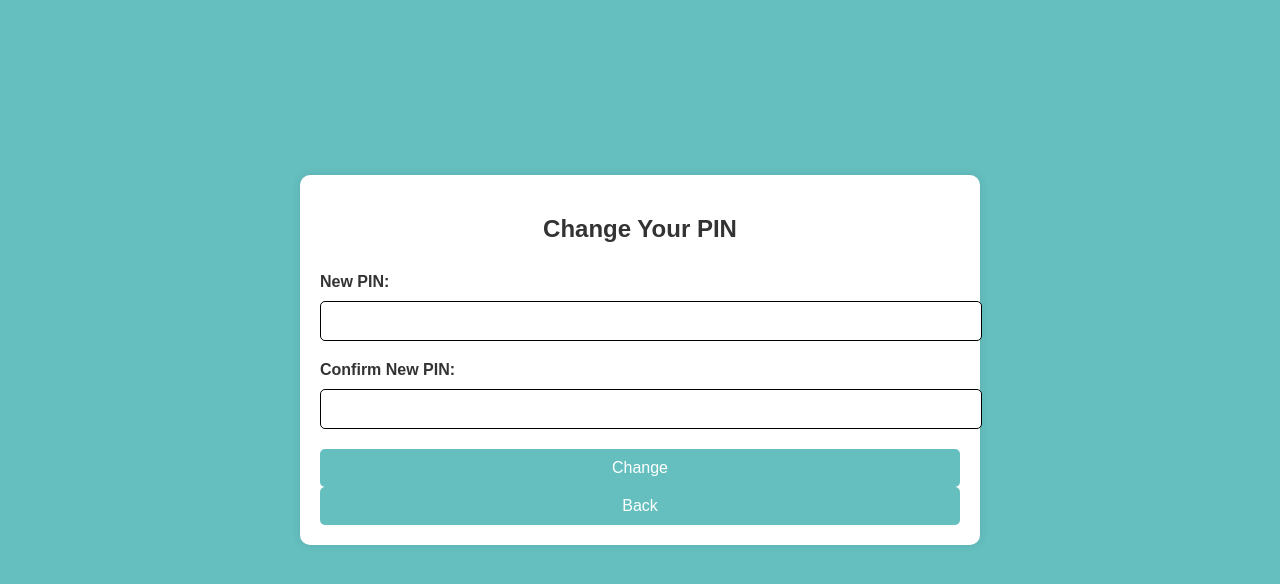
Repository: gauravraj08/bankingSystemJspServlet
Page: http://localhost/BankMangementSystem/pin.jsp
These files come from the project's save history. The page is drawn as it stood at one moment and after the next save; the edit follows.
The browser window is 1280 px wide. The pictures show the whole page.
The page is served by Tomcat 9. Other server files are loaded and not shown.

Above is the page before, as saved 2024-04-19 06:30:29.

### BankMangementSystem/src/main/webapp/pin.jsp
<%@ page language="java" contentType="text/html; charset=UTF-8" pageEncoding="UTF-8"%>
<!DOCTYPE html>
<html lang="en">
<head>
    <meta charset="UTF-8">
    <meta name="viewport" content="width=device-width, initial-scale=1.0">
    <title>Change PIN - Bank Management System</title>
    <style>
        body {
            background-color: #65BFBF;
            font-family: Arial, sans-serif;
            display: flex;
            justify-content: center;
            align-items: center;
            height: 100vh;
            margin: 0;
        }

        .container {
            width: 50%;
            padding: 20px;
            background-color: #fff;
            border-radius: 10px;
            box-shadow: 0 0 10px rgba(0, 0, 0, 0.1);
        }

        h2 {
            text-align: center;
            margin-bottom: 30px;
            color: #333;
        }

        label {
            display: block;
            margin-bottom: 10px;
            color: #333;
            font-weight: bold;
        }

        input[type="password"] {
            width: 100%;
            padding: 10px;
            margin-bottom: 20px;
            border: 1px solid black;
            border-radius: 5px;
            background-color: #fff;
            color: #fff;
            font-size: 16px;
        }

        button {
            width: 100%;
            padding: 10px;
            border: none;
            border-radius: 5px;
            background-color: #65BFBF;
            color: #fff;
            font-size: 16px;
            cursor: pointer;
            transition: background-color 0.3s ease;
        }

        button:hover {
            background-color: #4D9F9F;
        }
    </style>
</head>
<body>
    <div class="container">
        <h2>Change Your PIN</h2>
        <form action="PinServlet" method="post">
            <label for="newPin">New PIN:</label>
            <input type="password" id="newPin" name="newPin" required>
            <label for="confirmPin">Confirm New PIN:</label>
            <input type="password" id="confirmPin" name="confirmPin" required>
            <button type="submit">Change</button>
        </form>
        <form action="MainClassServlet" method="get">
            <button type="submit">Back</button>
        </form>
    </div>
</body>
</html>

After the next save:
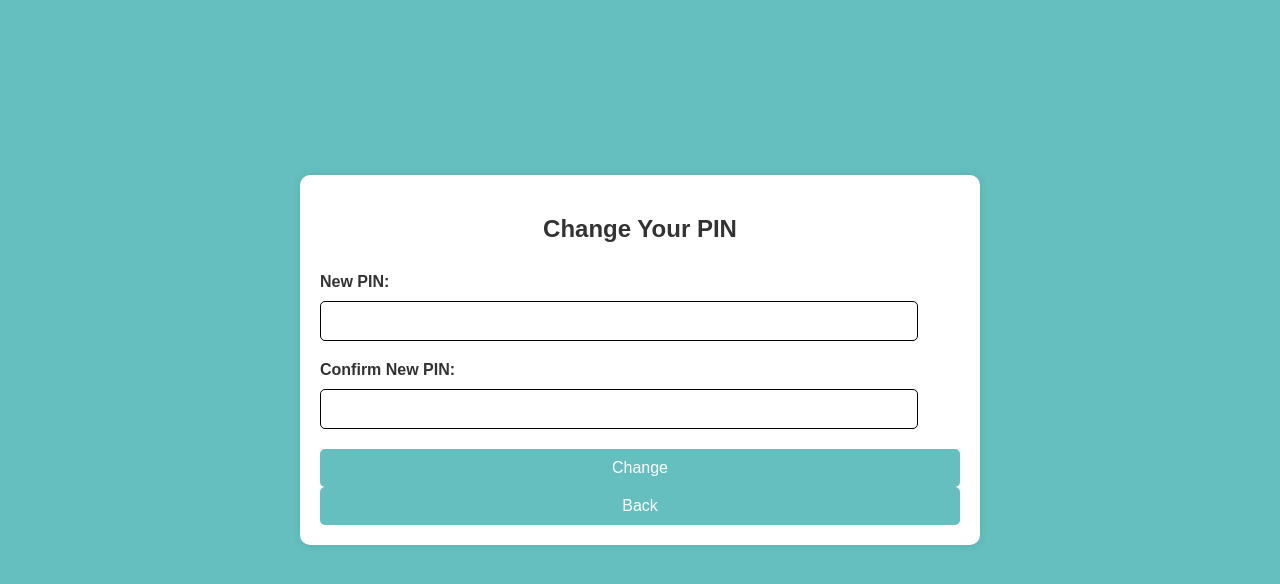
Saved 15 s later.
--- a/BankMangementSystem/src/main/webapp/pin.jsp
+++ b/BankMangementSystem/src/main/webapp/pin.jsp
@@ -38,7 +38,7 @@
         }
 
         input[type="password"] {
-            width: 100%;
+            width: 90%;
             padding: 10px;
             margin-bottom: 20px;
             border: 1px solid black;
